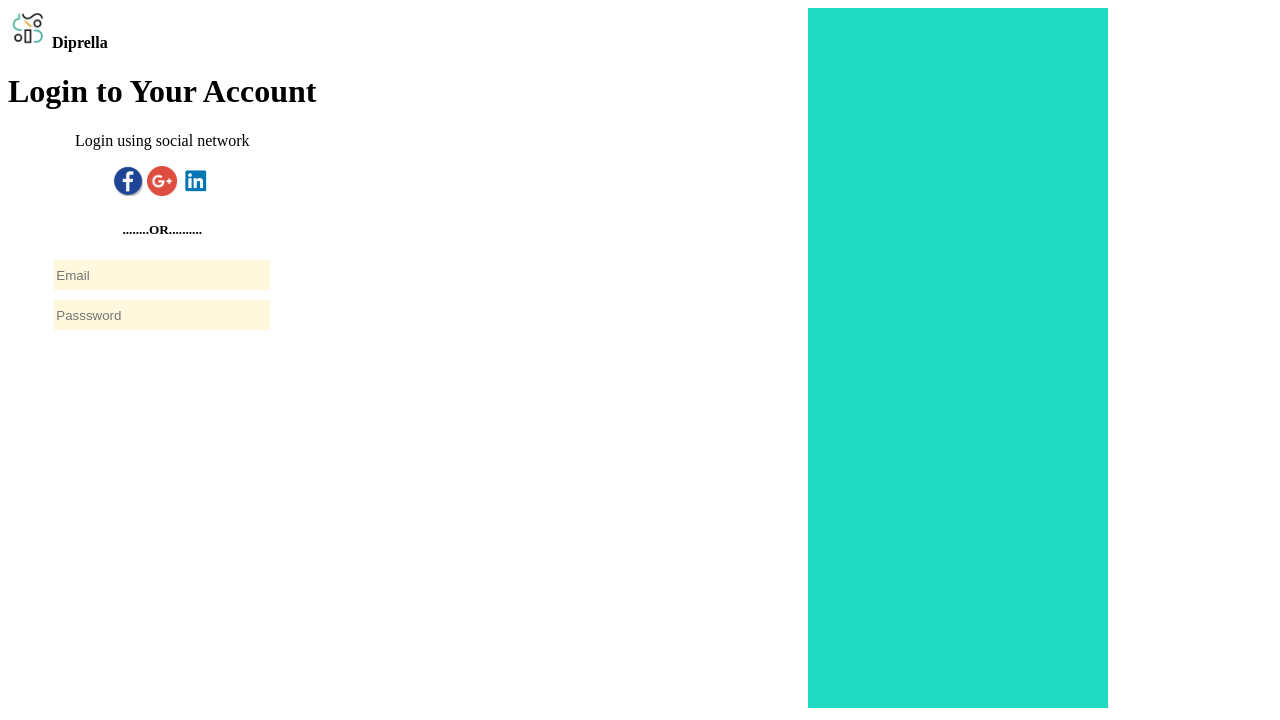
Repository: Tobby004/bdc-assignment-3
Page: task.html
These files come from the project's save history. The page is drawn as it stood at one moment and after the next save; the edit follows.
The browser window is 1280 px wide. The pictures show the whole page.

Above is the page before, as saved 2023-02-21 10:13:02.

After the next save:
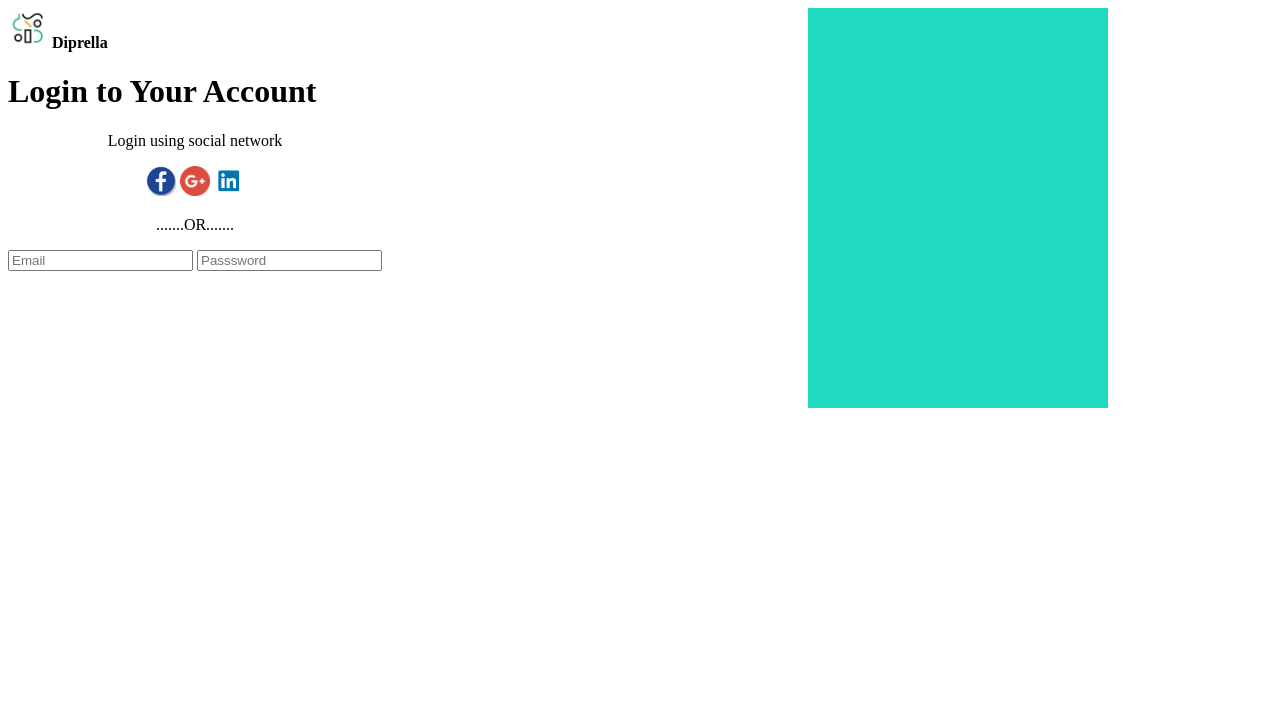
Saved 23 min 16 s later.
--- a/task.html
+++ b/task.html
@@ -18,9 +18,9 @@
             <a href="#"><img src="facebook.png" height="30px"</a>
             <a href="#"><img src="googe plus.png" height="30px"</a>
             <a href="#"><img src="linkedin.png" height="30px"</a>
+            <p>.......OR.......</p>
            </div>
            <div class="form-input">
-            <h5>........OR..........</h5>
             <input class="text" placeholder="Email">
             <input class="Password" placeholder="Passsword">
            </div>
@@ -30,7 +30,6 @@
 
         </div>
 
-
     </div>
 </body>
 </html>
--- a/task.css
+++ b/task.css
@@ -14,7 +14,7 @@
 }
 .box2 {
     background-color: #20dbc2;
-    height: 700px;
+    height: 400px;
     width: 300px;
 }
 
@@ -27,18 +27,16 @@ div .logo {
 div a{
     text-decoration: none;
 }
-h5 {
+div p{
     text-align: center;
     color: black;
 }
-input {
-    display: flex;
-    border: none;
-    border: radius: 15px;
-    height: 30px;
-    width: 70%;
-    background-color: cornsilk;
-    margin-bottom: 10px;
+.form-input {
+    max-width: 500px;
+    width: 100%;
     margin-left: auto;
     margin-right: auto;
 }
+input {
+
+}
